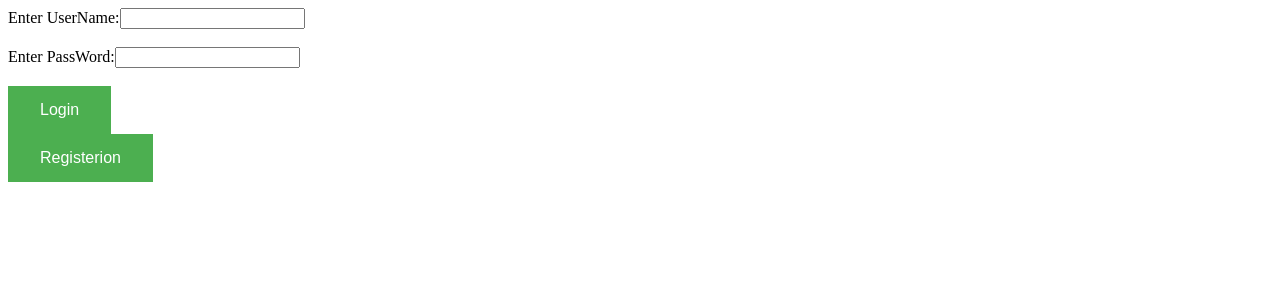
Repository: srikanthModugu/jdbc-servlet-jsp
Page: SutudentRegistration/WebContent/LoginPage.html
These files come from the project's save history. The page is drawn as it stood at one moment and after the next save; the edit follows.
The browser window is 1280 px wide. The pictures show the whole page.

Above is the page before, as saved 2017-10-02 13:35:11.

### SutudentRegistration/WebContent/LoginPage.html
<!DOCTYPE html>
<html>
<head>
<style type="text/css">
.button {
    background-color: #4CAF50; /* Green */
    border: none;
    color: white;
    padding: 15px 32px;
    text-align: center;
    text-decoration: none;
    display: inline-block;
    font-size: 16px;
}
</style>
<meta charset="UTF-8">
<title>Insert title here</title>
</head>

<body>
<form action="login" method="get">
Enter UserName:<input type="text" name="Uname"/><br><br>
Enter PassWord:<input type="text" name="passWord"/><br><br>
 <input class="button" type="submit" value="Login"/><br>
  <button class="button" type="submit" formaction="/action_page2.php">Registerion</button>

</form>

</body>
</html>

After the next save:
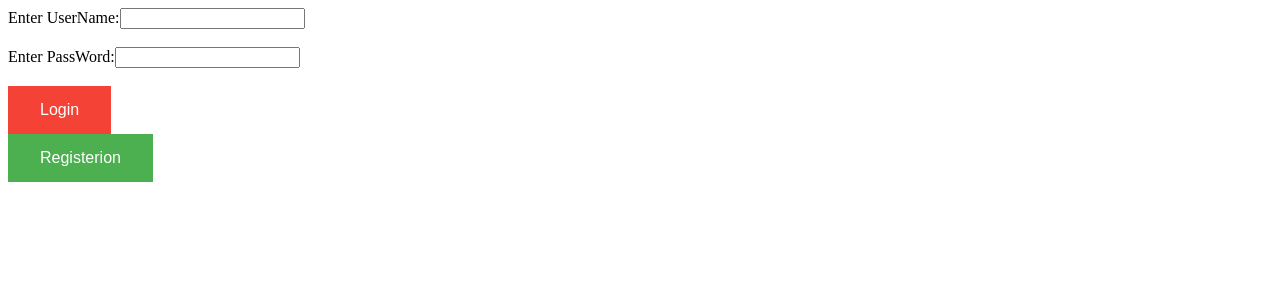
Saved 91 s later.
--- a/SutudentRegistration/WebContent/LoginPage.html
+++ b/SutudentRegistration/WebContent/LoginPage.html
@@ -12,6 +12,7 @@
     display: inline-block;
     font-size: 16px;
 }
+.button1 {background-color: #f44336;}
 </style>
 <meta charset="UTF-8">
 <title>Insert title here</title>
@@ -21,7 +22,7 @@
 <form action="login" method="get">
 Enter UserName:<input type="text" name="Uname"/><br><br>
 Enter PassWord:<input type="text" name="passWord"/><br><br>
- <input class="button" type="submit" value="Login"/><br>
+ <input class="button button1" type="submit" value="Login"/><br>
   <button class="button" type="submit" formaction="/action_page2.php">Registerion</button>
 
 </form>
